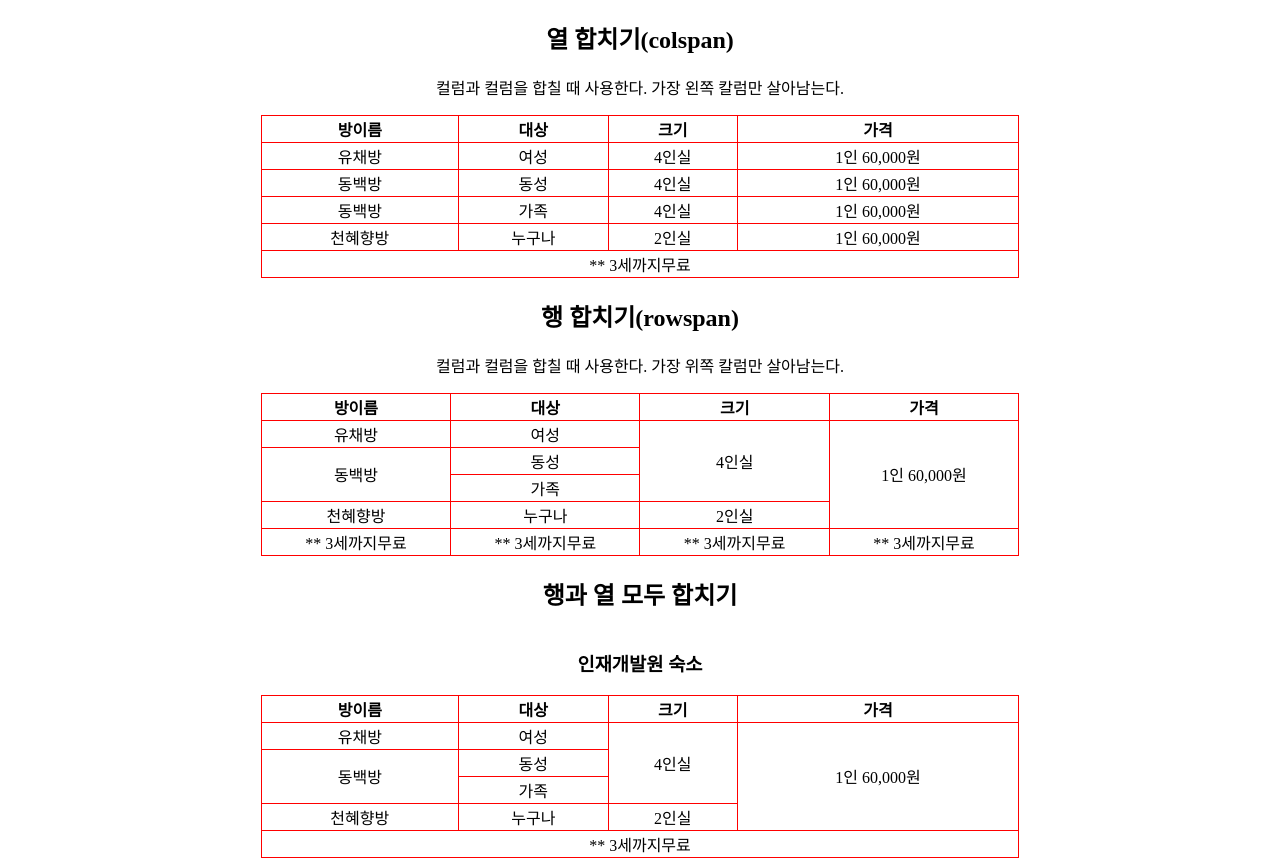
Repository: Kebiskim/2023_WebStudy
Page: 01_01_html/src/main/webapp/day03/Ex01_table_span.html
These files come from the project's save history. The page is drawn as it stood at one moment and after the next save; the edit follows.
The browser window is 1280 px wide. The pictures show the whole page.

Above is the page before, as saved 2023-06-21 01:15:02.

### 01_01_html/src/main/webapp/day03/Ex01_table_span.html
<!DOCTYPE html>
<html>
<head>
<meta charset="UTF-8">
<title>table_span</title>
<style type="text/css">
	/* 가운데정렬 */
	h2, p, th, td{
		text-align: center;
	}
	table{
		width: 60%;
		margin: auto;
	}
	/* 선긋기 */
	table, th, td{
		border: 1px solid red;
		border-collapse: collapse;
	}
</style>
</head>
<body>
<!--
	열합치기 : colspan ="합쳐질 숫자"
	가장 왼쪽만 살아남아서 합치기를 한다.
	행합치기(상하) : rowspan ="합쳐질 숫자"
	가장 위쪽만 살아남아서 합치기를 한다.
 -->
 	<h2>열 합치기(colspan)</h2>
 	<p>컬럼과 컬럼을 합칠 때 사용한다. 가장 왼쪽 칼럼만 살아남는다.</p>
 	<table>
 		<thead>
 			<tr><th>방이름</th><th>대상</th><th>크기</th><th>가격</th></tr>
 		</thead>
 		<tbody>
 			<tr>
 				<td>유채방</td><td>여성</td><td>4인실</td><td>1인 60,000원</td>
 			</tr>
 			<tr>
 				<td>동백방</td><td>동성</td><td>4인실</td><td>1인 60,000원</td>
 			</tr>
 			<tr>
 				<td>동백방</td><td>가족</td><td>4인실</td><td>1인 60,000원</td>
 			</tr>
 			<tr>
 				<td>천혜향방</td><td>누구나</td><td>2인실</td><td>1인 60,000원</td>
 			</tr>
 		</tbody>
 	<tfoot>
 		<tr>
 			<!-- <td>** 3세까지무료</td><td>** 3세까지무료</td><td>** 3세까지무료</td><td>** 3세까지무료</td> -->
 			<td colspan="4">** 3세까지무료</td>
 		</tr>
 	</tfoot>
 	</table>

 	<h2>행 합치기(rowspan)</h2>
 	<p>컬럼과 컬럼을 합칠 때 사용한다. 가장 위쪽 칼럼만 살아남는다.</p>
 	<table>
 		<thead>
 			<tr><th>방이름</th><th>대상</th><th>크기</th><th>가격</th></tr>
 		</thead>
 		<tbody>
 			<tr>
 				<td>유채방</td><td>여성</td><td rowspan="3">4인실</td><td rowspan="4">1인 60,000원</td>
 			</tr>
 			<tr>
 				<td rowspan="2">동백방</td><td>동성</td>
 			</tr>
 			<tr>
 				<td>가족</td>
 			</tr>
 			<tr>
 				<td>천혜향방</td><td>누구나</td><td>2인실</td>
 			</tr>
 		</tbody>
 	<tfoot>
 		<tr>
 			<td>** 3세까지무료</td><td>** 3세까지무료</td><td>** 3세까지무료</td><td>** 3세까지무료</td>
 		</tr>
 	</tfoot>
 	</table>

	<h2>행과 열 모두 합치기</h2>
 	<table>
	 	<!-- table 끝태그 바로 위에 붙여도, 표 위로 글자가 붙음. -->
 		<caption><h3>인재개발원 숙소</h3></caption>
 		<thead>
 			<tr><th>방이름</th><th>대상</th><th>크기</th><th>가격</th></tr>
 		</thead>
 		<tbody>
 			<tr>
 				<td>유채방</td><td>여성</td><td rowspan="3">4인실</td><td rowspan="4">1인 60,000원</td>
 			</tr>
 			<tr>
 				<td rowspan="2">동백방</td><td>동성</td>
 			</tr>
 			<tr>
 				<td>가족</td>
 			</tr>
 			<tr>
 				<td>천혜향방</td><td>누구나</td><td>2인실</td>
 			</tr>
 		</tbody>
 	<tfoot>
 		<tr>
 			<td colspan="4">** 3세까지무료</td>
 		</tr>
 	</tfoot>
 	</table>
</body>
</html>

After the next save:
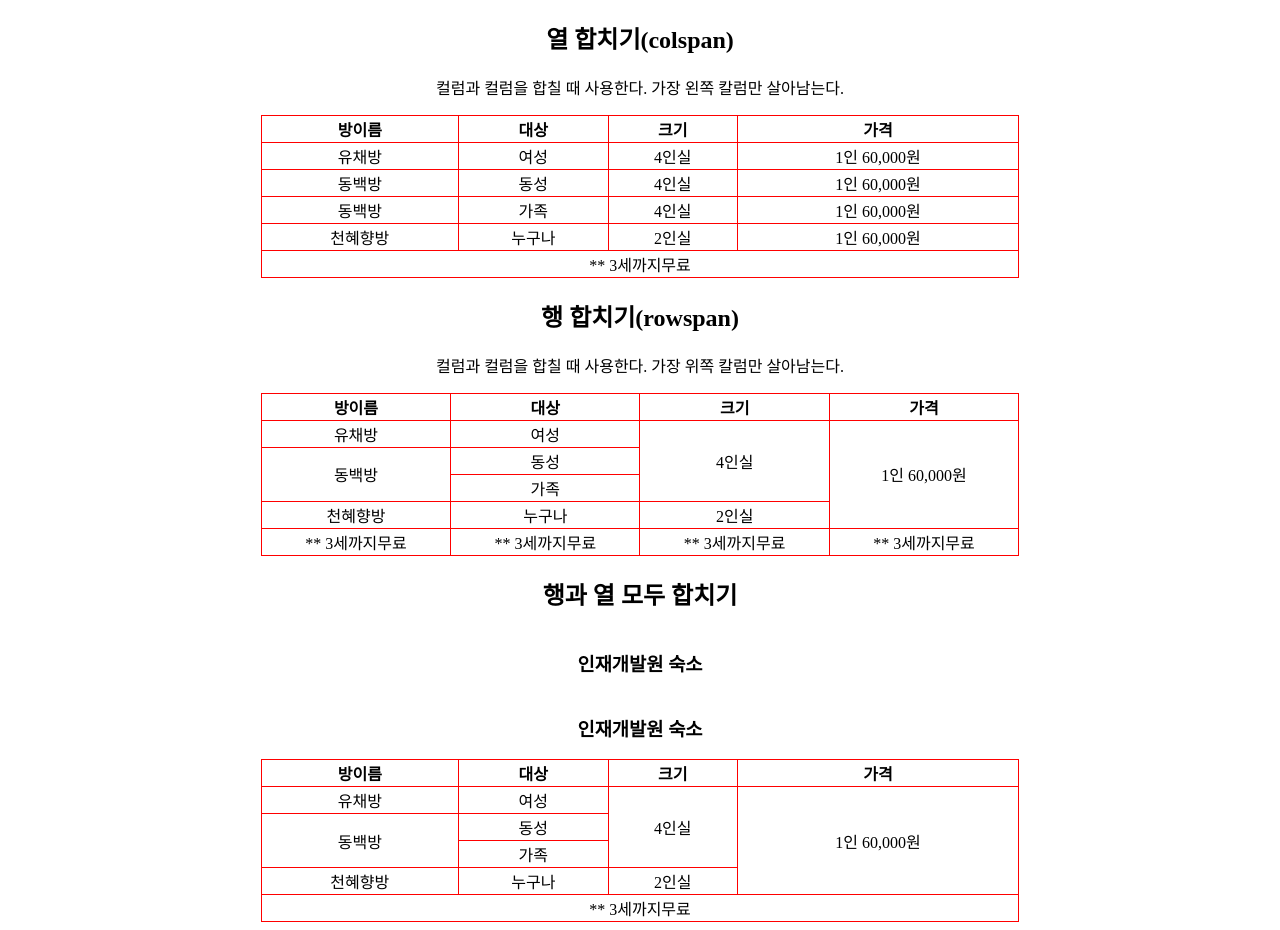
Saved 9 s later.
--- a/01_01_html/src/main/webapp/day03/Ex01_table_span.html
+++ b/01_01_html/src/main/webapp/day03/Ex01_table_span.html
@@ -107,6 +107,8 @@
  			<td colspan="4">** 3세까지무료</td>
  		</tr>
  	</tfoot>
+ 	 		<caption><h3>인재개발원 숙소</h3></caption>
+
  	</table>
 </body>
 </html>
